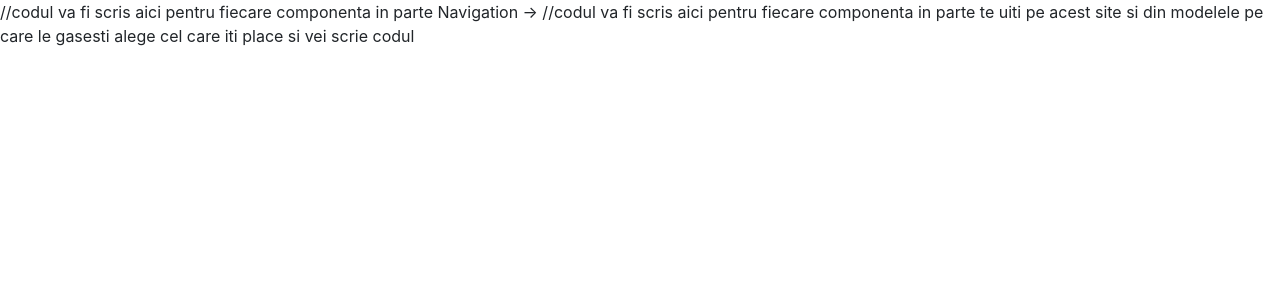
Repository: nicolasolo/bitesizecoding.space
Page: index.html
An editor plug-in stored every save of this project. The page is shown before and after a run of saves, followed by the edit.
The browser window is 1280 px wide. The pictures show the whole page.

Above is the page before, as saved 2020-04-09 17:28:17.

### index.html
<!DOCTYPE html>
<html lang="en">
<head>
    <meta charset="UTF-8">
    <meta name="viewport" content="width=device-width, initial-scale=1.0">
    <title>Trincu-Andrei</title>
    <link rel="stylesheet" href="https://stackpath.bootstrapcdn.com/bootstrap/4.4.1/css/bootstrap.min.css" integrity="sha384-Vkoo8x4CGsO3+Hhxv8T/Q5PaXtkKtu6ug5TOeNV6gBiFeWPGFN9MuhOf23Q9Ifjh" crossorigin="anonymous">

    <link rel="stylesheet" href="css/index.css">
</head>
<body>
<header>
<!-- Navbar-->
//codul va fi scris aici pentru fiecare componenta in parte
Navigation ->
<!-- Jumbotron -->
//codul va fi scris aici pentru fiecare componenta in parte

<!-- Footer-->

te uiti pe acest site si din modelele pe care le gasesti alege cel care iti place
si vei scrie codul


<script src="https://code.jquery.com/jquery-3.4.1.slim.min.js" integrity="sha384-J6qa4849blE2+poT4WnyKhv5vZF5SrPo0iEjwBvKU7imGFAV0wwj1yYfoRSJoZ+n" crossorigin="anonymous"></script>
<script src="https://cdn.jsdelivr.net/npm/popper.js@1.16.0/dist/umd/popper.min.js" integrity="sha384-Q6E9RHvbIyZFJoft+2mJbHaEWldlvI9IOYy5n3zV9zzTtmI3UksdQRVvoxMfooAo" crossorigin="anonymous"></script>
<script src="https://stackpath.bootstrapcdn.com/bootstrap/4.4.1/js/bootstrap.min.js" integrity="sha384-wfSDF2E50Y2D1uUdj0O3uMBJnjuUD4Ih7YwaYd1iqfktj0Uod8GCExl3Og8ifwB6" crossorigin="anonymous"></script>
    <script src="./js/custom.js"></script>
</body>
</html>
<div></div>

Loaded but not shown: css/index.css (no stored copy; drawn as an empty file); js/custom.js (no stored copy; drawn as an empty file)

After the next 3 saves:
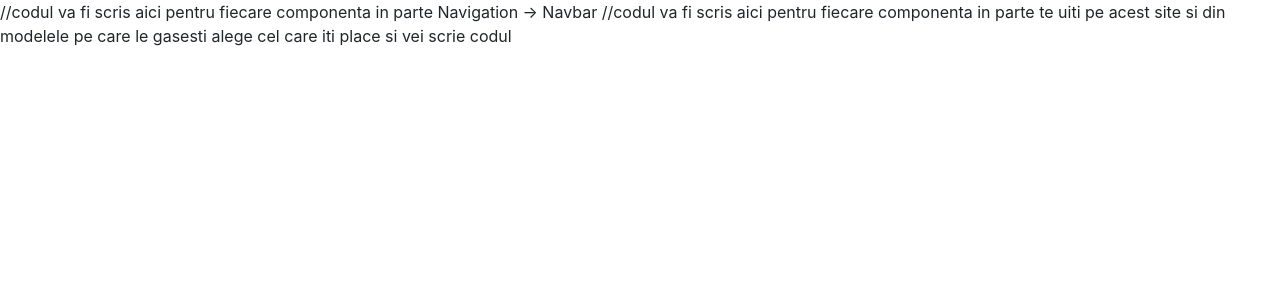
The 3 saves are shown as one change because they came seconds apart.
The last was saved 14 s later.
--- a/index.html
+++ b/index.html
@@ -12,7 +12,7 @@
 <header>
 <!-- Navbar-->
 //codul va fi scris aici pentru fiecare componenta in parte
-Navigation ->
+Navigation -> Navbar
 <!-- Jumbotron -->
 //codul va fi scris aici pentru fiecare componenta in parte
 
